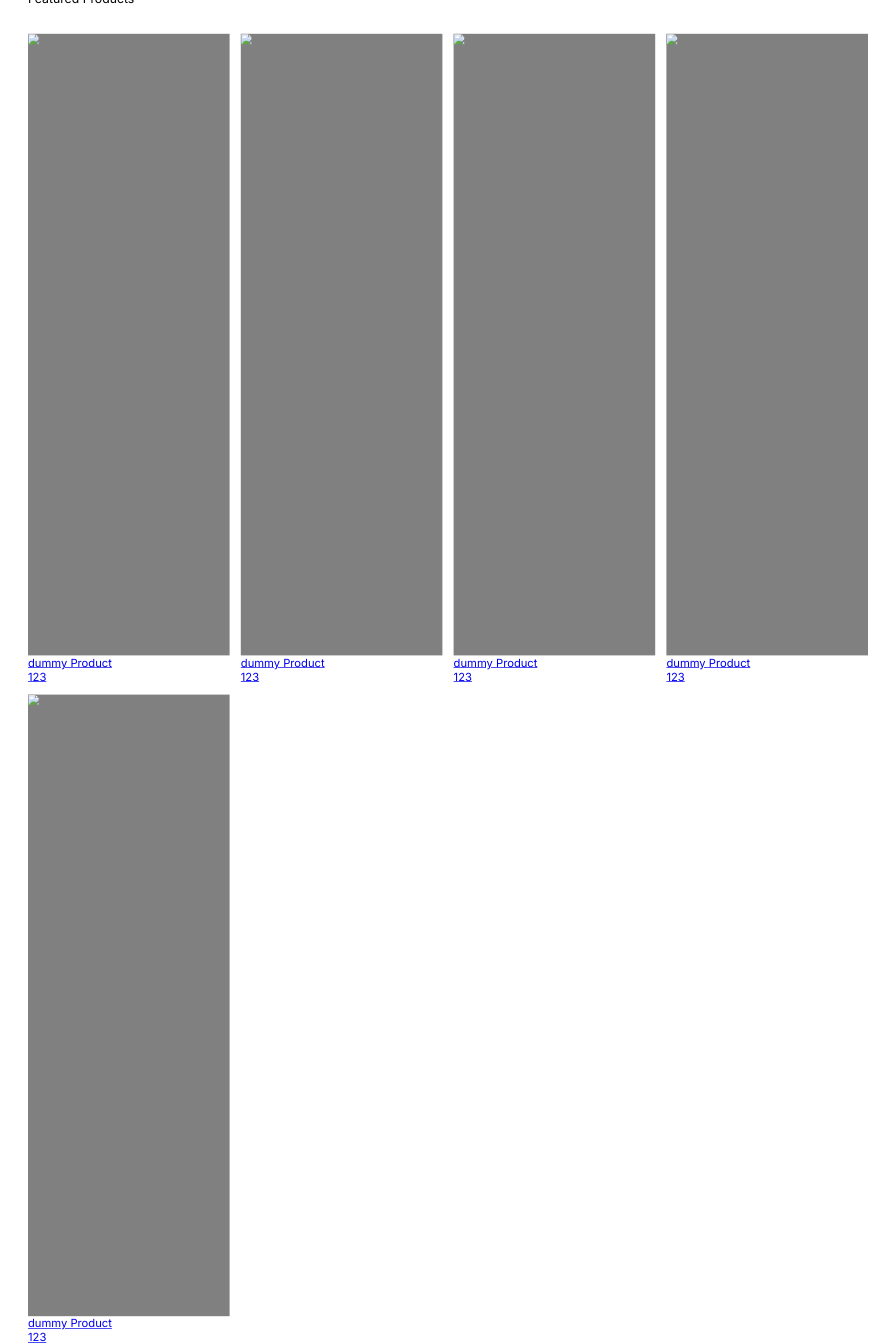
Repository: David-Waite/ecommercefrontendTemplate
Page: /
An editor plug-in stored every save of this project. The page is shown before and after the next save, followed by the edit.
The browser window is 1280 px wide. The pictures show the part of the page from y = 766 to 2686 px (the page is 2686 px tall before and 2662 px after), at 70% of full size.
The project was rebuilt for these pictures with package versions that can differ from the ones it lists, and the page was loaded fresh each time. The framework's server and built-in components were replaced by stand-ins that run in the browser. Also part of the build but not shown: next.config.js.

Above is the page before, as saved 2023-08-24 20:08:39.

After the next save:
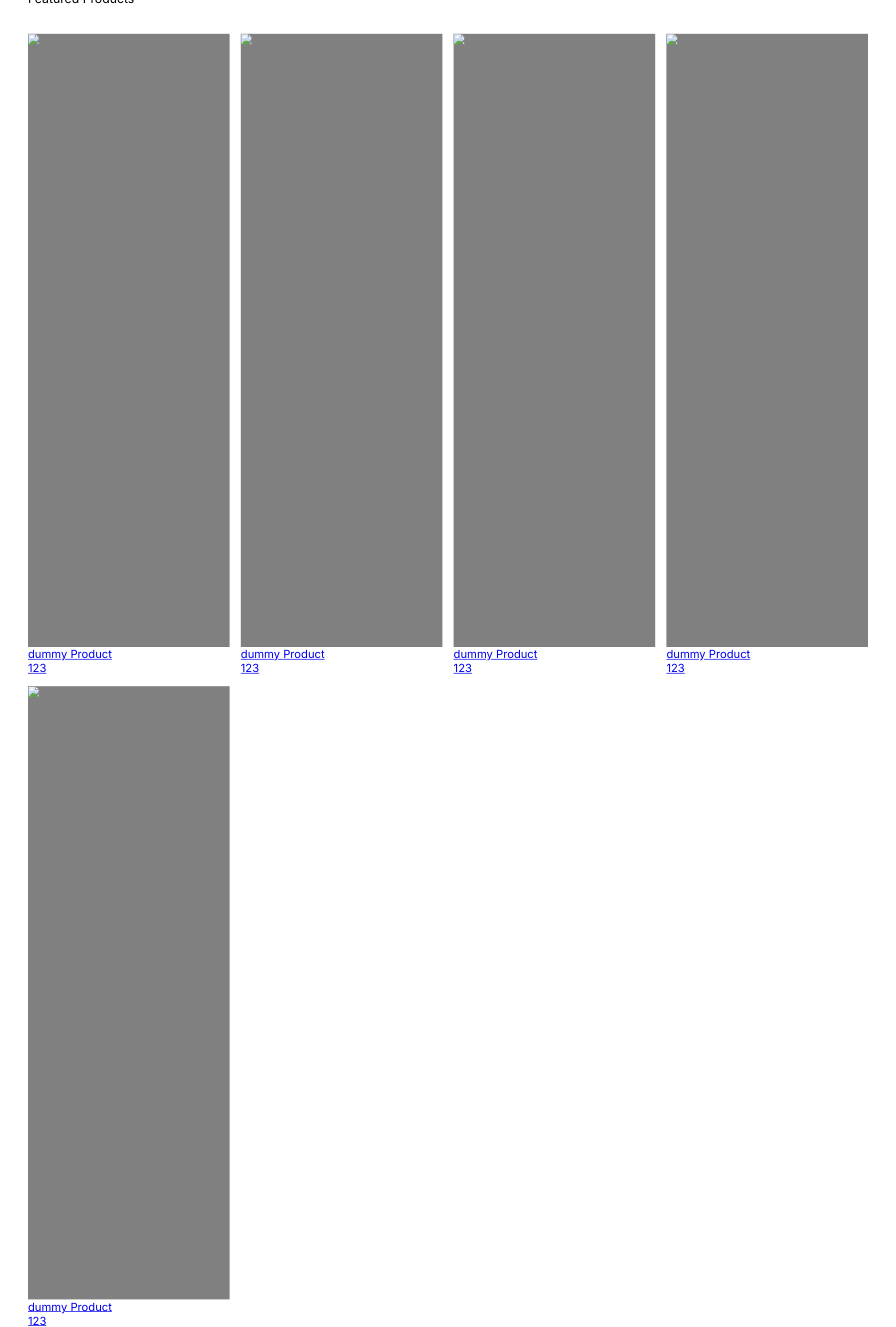
Saved 10 s later.
--- a/app/Components/UI/ProductCard/ProductCard.module.css
+++ b/app/Components/UI/ProductCard/ProductCard.module.css
@@ -7,7 +7,7 @@
 
 @media (max-width: 1500px) {
   .imageContainer {
-    height: calc((100vw - 32px - (var(--margin1000) * 2)) / 2 * 1.5);
+    height: calc((100vw - 32px - (var(--marginMax) * 2)) / 2 * 1.5);
     /* (total view width / amount of padding total (container + total gap)) / amount of col - 3 * 2) */
   }
 }
